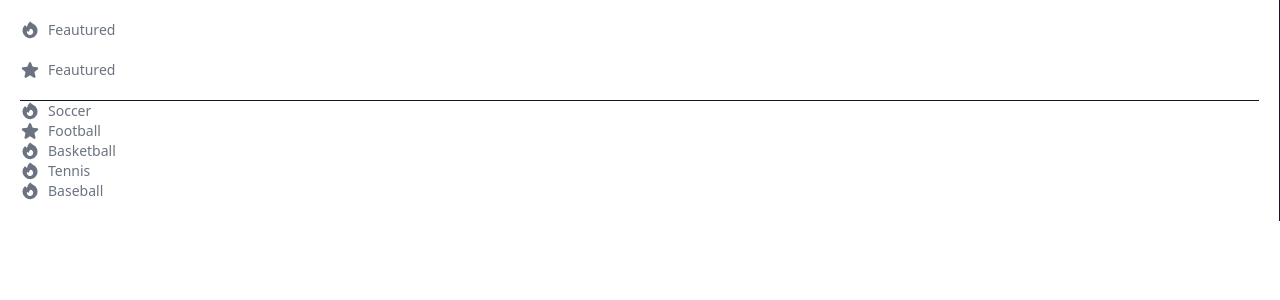
Repository: thekingisherenow/Betterbook
Page: /
These files come from the project's save history. The page is drawn as it stood at one moment and after the next save; the edit follows.
The browser window is 1280 px wide. The pictures show the whole page.
The project was rebuilt for these pictures with package versions that can differ from the ones it lists, and the page was loaded fresh each time. The framework's server and built-in components were replaced by stand-ins that run in the browser. Also part of the build but not shown: next.config.js.

Above is the page before, as saved 2023-01-16 16:04:54.

### src/pages/_app.tsx
import type { AppProps } from 'next/app'
import { Provider } from 'react-redux'
import store from '../core/store'
import '../core/styles/root.css'

const App = (props: AppProps) => {
  const { Component, pageProps } = props
  return (
    <Provider store={store}>
      <Component {...pageProps} />
    </Provider>
  )
}

export default App

### src/pages/index.tsx
import type { NextPage } from 'next'
import { useEffect, useState } from 'react'
import API from '../core/services'
import { Game } from '../types/game'
import Sidebar from '../components/Typography/Sidebar'

const IndexPage: NextPage = () => {
  const [games, setGames] = useState<Game[]>([])

  useEffect(() => {
    API.games.fetchGames().then(setGames)
  }, [])

  return <div>
        <main >
            {/* Sidebar */}
            <Sidebar/>
            {/* Center  */}

        </main>
  </div>
}

export default IndexPage

### src/core/store/index.ts
import { configureStore } from '@reduxjs/toolkit'
import { counterReducer } from './slices/counterSlice'

const store = configureStore({
  reducer: {
    counter: counterReducer,
  },
})

export default store

### src/core/services/index.ts
import * as gamesServices from './games'

const API = {
  games: gamesServices,
}

export default API

### src/components/Typography/Sidebar.tsx
import React from 'react'
import { FireIcon, StarIcon } from '@heroicons/react/24/solid'

function Sidebar() {
    return (
        <div className='text-gray-500 p-5 text-sm border-r border-gray-900'>
            <div>
                <div className='flex flex-col space-y-5'>
                    <button className='flex items-center space-x-2 hover:text-blue-600'>
                        <FireIcon className='w-5 h-5' />
                        <p>Feautured</p>
                    </button>
                    <button className='flex items-center space-x-2 hover:text-blue-600'>
                        <StarIcon className='w-5 h-5' />
                        <p>Feautured</p>
                    </button>
                    <hr className='border-t-[0.1px] border-gray-900' />
                </div>

                <div>
                    <button className='flex items-center space-x-2 hover:text-blue-600'>
                        <FireIcon className='w-5 h-5' />
                        <p>Soccer</p>
                    </button>
                    <button className='flex items-center space-x-2 hover:text-blue-600'>
                        <StarIcon className='w-5 h-5' />
                        <p>Football</p>
                    </button>
                    <button className='flex items-center space-x-2 hover:text-blue-600'>
                        <FireIcon className='w-5 h-5' />
                        <p>Basketball</p>
                    </button>
                    <button className='flex items-center space-x-2 hover:text-blue-600'>
                        <FireIcon className='w-5 h-5' />
                        <p>Tennis</p>
                    </button>
                    <button className='flex items-center space-x-2 hover:text-blue-600'>
                        <FireIcon className='w-5 h-5' />
                        <p>Baseball</p>
                    </button>
                </div>
            </div>
        </div>
    )
}

export default Sidebar

### src/core/store/slices/counterSlice.ts
import { createSlice } from '@reduxjs/toolkit'

export const counterSlice = createSlice({
  name: 'counter',
  initialState: {
    count: 0,
  },
  reducers: {
    setCount(state, { payload }) {
      state.count = payload
    },
  },
})

export const counterReducer = counterSlice.reducer

### src/core/services/games.ts
import { Game } from '../../types/game'

export const fetchGames = (): Promise<Game[]> => {
  return Promise.resolve([
    {
      id: '1',
      name: 'Spain vs Argentina',
    },
  ])
}

### tailwind.config.js
/** @type {import('tailwindcss').Config} */
module.exports = {
  content: [
    './src/pages/**/*.{js,ts,jsx,tsx}',
    './src/components/**/*.{js,ts,jsx,tsx}',
    './src/modules/**/*.{js,ts,jsx,tsx}',
  ],
  theme: {
    extend: {},
  },
  plugins: [],
}

Loaded but not shown: src/core/styles/root.css (common file)

After the next save:
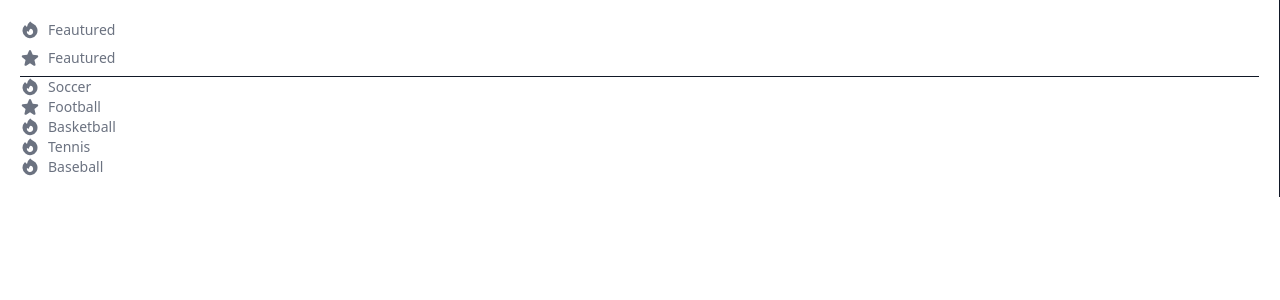
Saved 8 s later.
--- a/src/components/Typography/Sidebar.tsx
+++ b/src/components/Typography/Sidebar.tsx
@@ -5,7 +5,7 @@ function Sidebar() {
     return (
         <div className='text-gray-500 p-5 text-sm border-r border-gray-900'>
             <div>
-                <div className='flex flex-col space-y-5'>
+                <div className='flex flex-col space-y-2'>
                     <button className='flex items-center space-x-2 hover:text-blue-600'>
                         <FireIcon className='w-5 h-5' />
                         <p>Feautured</p>
